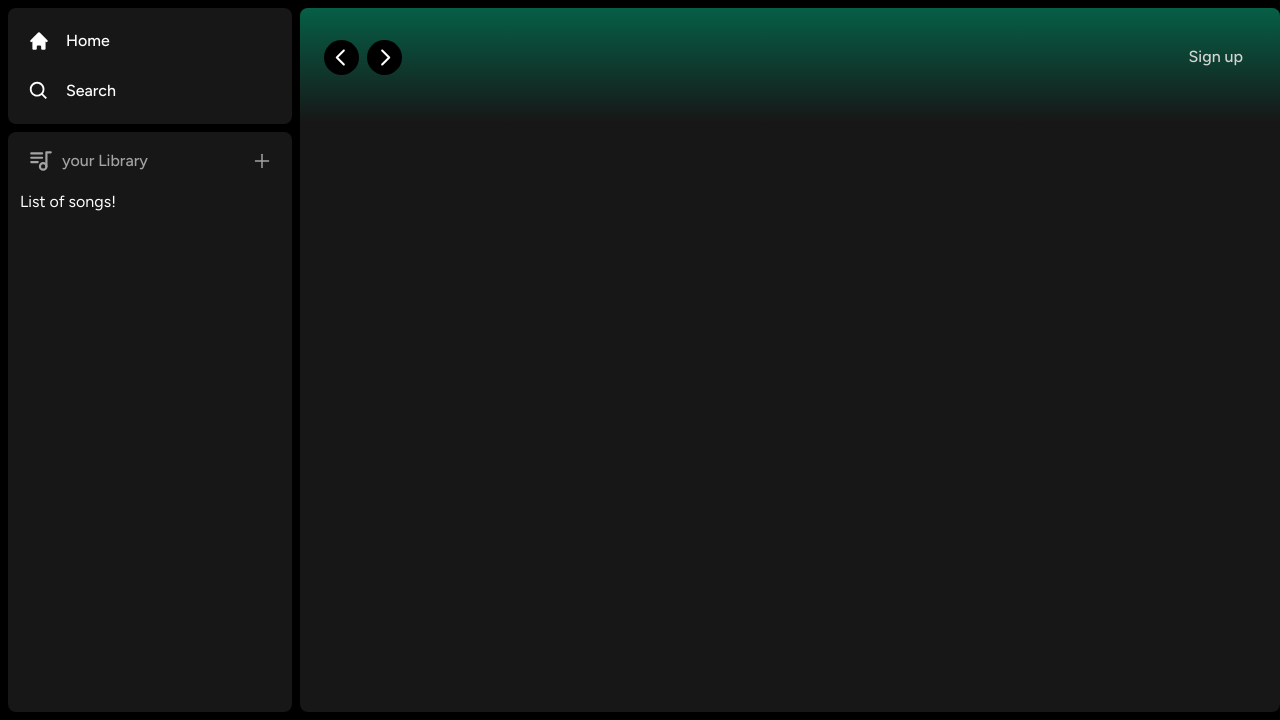
Repository: kjh4357/clone-spotify
Page: /
The author's editor kept a copy of each file at every save. The page is drawn from the files as they stood at one save, then again after a run of saves.
The browser window is 1280 px wide. The pictures show the whole page.
The project was rebuilt for these pictures with package versions that can differ from the ones it lists, and the page was loaded fresh each time. The framework's server and built-in components were replaced by stand-ins that run in the browser. Also part of the build but not shown: next.config.mjs.

Above is the page before, as saved 2024-09-25 17:43:26.

After the next 2 saves:
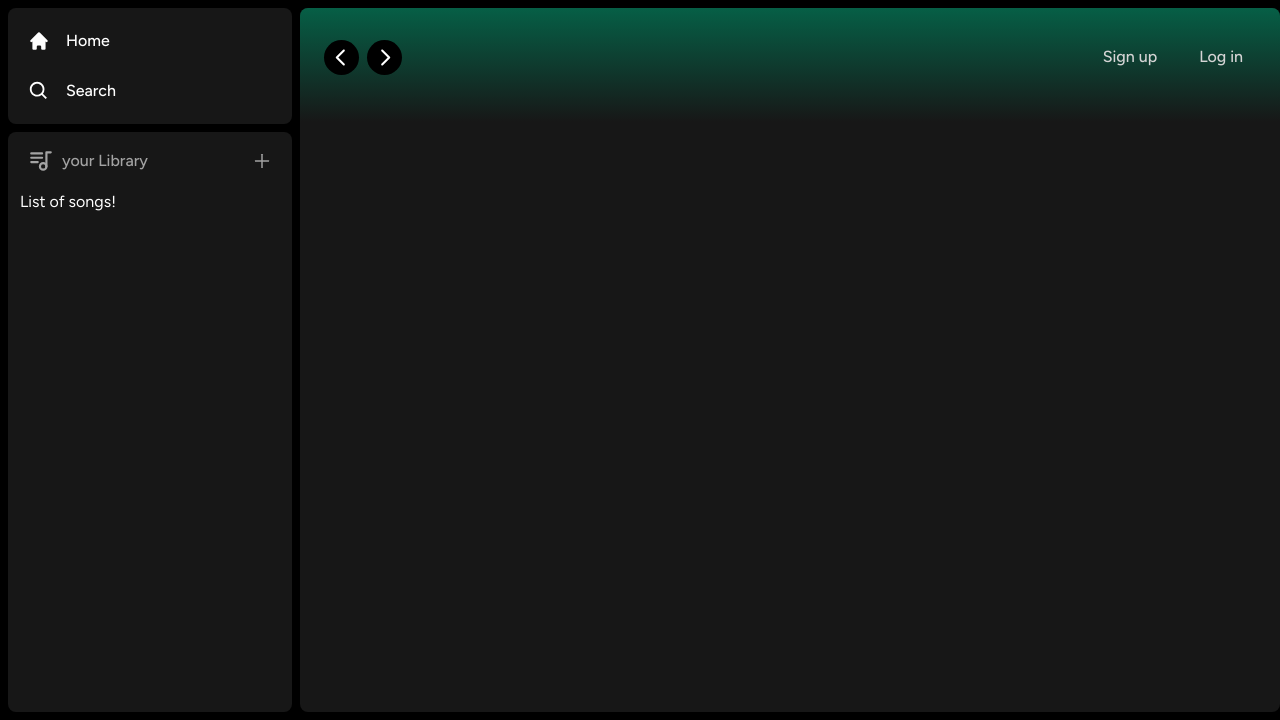
The 2 saves are shown as one change because they came seconds apart.
The last was saved 12 s later.
--- a/src/components/Header.tsx
+++ b/src/components/Header.tsx
@@ -53,6 +53,11 @@ const Header: React.FC<HeaderProps> = ({ children, classname }) => {
                 Sign up
               </Button>
             </div>
+            <div>
+              <Button className='bg-transparent text-neutral-300 font-medium'>
+                Log in
+              </Button>
+            </div>
           </>
         </div>
       </div>
